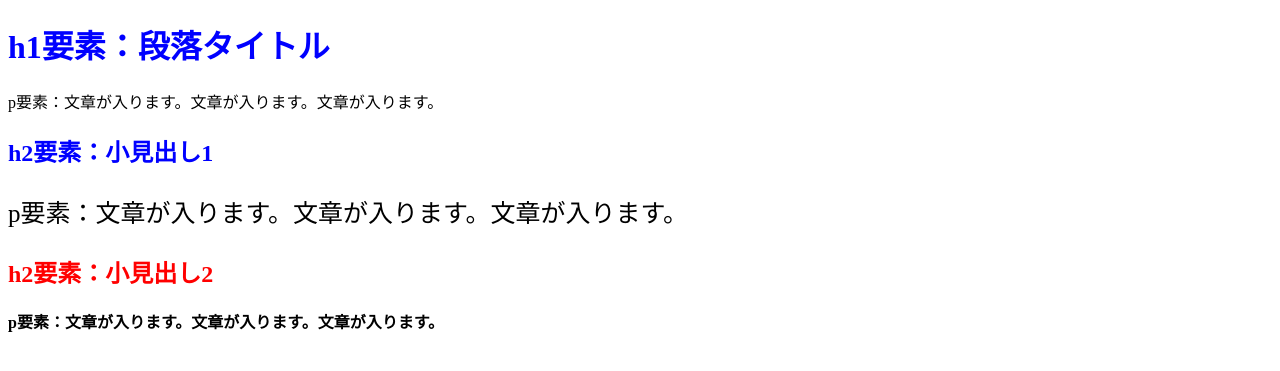
Repository: Souhei-en/samurai_HTML-CSS
Page: index.html
The author's editor kept a record of every edit. The page is drawn from the files as they stood at one moment, then again after the next edit.
The browser window is 1280 px wide. The pictures show the whole page.

Above is the page before.

### index.html
<!DOCTYPE html>
<html lang="en">
<head>
    <meta charset="UTF-8">
    <meta name="viewport" content="width=device-width, initial-scale=1.0">
    <meta http-equiv="X-UA-Compatible" content="ie=edge">
     <title>HTML/CSSの学習</title>
    <style>
      #red {
        color: red;
      }
      .blue{
        color: blue;
      )
    </style>
  </head>
  <body>
    <h1 class="blue">h1要素：段落タイトル</h1>
    <p>p要素：文章が入ります。文章が入ります。文章が入ります。</p>
    <h2 class="blue">h2要素：小見出し1</h2>
    <p style="font-size: 25px;">
      p要素：文章が入ります。文章が入ります。文章が入ります。
    </p>
    <h2 id="red">h2要素：小見出し2</h2>
    <p style="font-weight: bold;">
      p要素：文章が入ります。文章が入ります。文章が入ります。
    </p>
  </body>
 </html>

After the next edit:
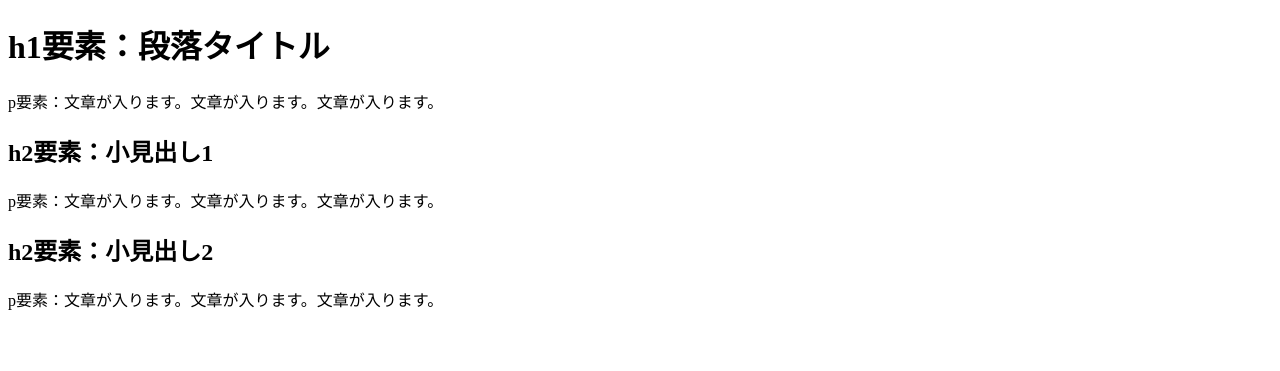
The edit:
--- a/index.html
+++ b/index.html
@@ -1,28 +1,18 @@
-<!DOCTYPE html>
-<html lang="en">
-<head>
+  <!DOCTYPE html>
+<html lang="ja">
+  <head>
     <meta charset="UTF-8">
-    <meta name="viewport" content="width=device-width, initial-scale=1.0">
-    <meta http-equiv="X-UA-Compatible" content="ie=edge">
-     <title>HTML/CSSの学習</title>
-    <style>
-      #red {
-        color: red;
-      }
-      .blue{
-        color: blue;
-      )
-    </style>
+    <title>HTML/CSSの学習</title>
   </head>
   <body>
     <h1 class="blue">h1要素：段落タイトル</h1>
     <p>p要素：文章が入ります。文章が入ります。文章が入ります。</p>
     <h2 class="blue">h2要素：小見出し1</h2>
-    <p style="font-size: 25px;">
+    <p class="fs-25">
       p要素：文章が入ります。文章が入ります。文章が入ります。
     </p>
     <h2 id="red">h2要素：小見出し2</h2>
-    <p style="font-weight: bold;">
+    <p class="fw-bold">
       p要素：文章が入ります。文章が入ります。文章が入ります。
     </p>
   </body>
